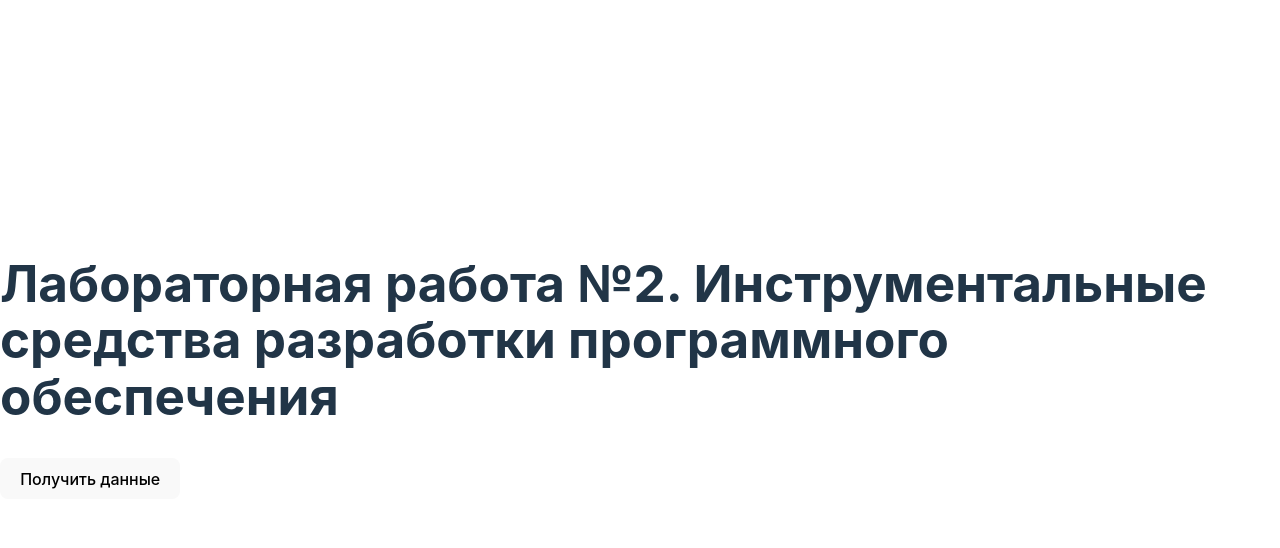
Repository: zuul0/laba_react
Page: / (app in client/)
An editor plug-in stored every save of this project. The page is shown before and after the next save, followed by the edit.
The browser window is 1280 px wide. The pictures show the whole page.
The page's requests for data from a server got no answer. The project was rebuilt for these pictures with package versions that can differ from the ones it lists, and the page was loaded fresh each time. No one was signed in, and anything a server would have sent is missing. Also part of the build but not shown: client/vite.config.js.

Above is the page before, as saved 2024-10-07 16:19:31.

After the next save:
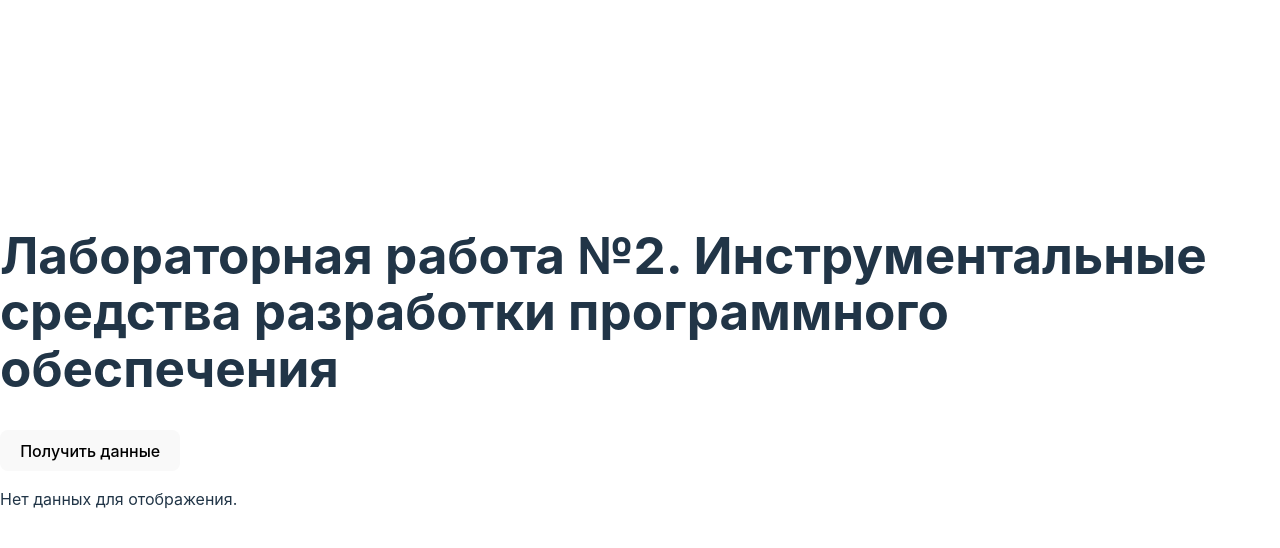
Saved 50 s later.
--- a/client/src/component/Header.jsx
+++ b/client/src/component/Header.jsx
@@ -1,6 +1,7 @@
-import React, { useState } from 'react';
+import React, { useState, useEffect } from 'react';
 import { getAll } from '../api/books';
 
+// Компонент Headerqwe
 export const Headerqwe = () => {
     const [patients, setPatients] = useState([]);
     const [loading, setLoading] = useState(false);
@@ -13,13 +14,13 @@ export const Headerqwe = () => {
 
             if (!Array.isArray(data)) {
                 console.error("Expected an array but got:", data);
-                setPatients([]); // Clear data if it's not an array
+                setPatients([]); // Очищаем данные, если они не массив
             } else {
-                setPatients(data); // Set data if it's an array
+                setPatients(data); // Устанавливаем данные, если это массив
             }
         } catch (error) {
             console.error("Ошибка при получении данных:", error);
-            setPatients([]); // Clear data on error
+            setPatients([]); // Очищаем данные при ошибке
         } finally {
             setLoading(false);
         }
@@ -32,8 +33,8 @@ export const Headerqwe = () => {
                 Получить данные
             </button>
             {loading && <p>Загрузка...</p>}
-
-            {Array.isArray(patients) && patients.length > 0 && (
+            {!loading && patients.length === 0 && <p>Нет данных для отображения.</p>}
+            {patients.length > 0 && (
                 <table>
                     <thead>
                         <tr>
@@ -50,12 +51,11 @@ export const Headerqwe = () => {
                     </thead>
                     <tbody>
                         {patients.map((patient, index) => (
-                            <tr key={patient.PatientId || index}> {/* Fallback to index if PatientId is not available */}
+                            <tr key={patient.PatientId || index}> {/* Убедитесь, что key уникальный */}
                                 <td>{index + 1}</td>
                                 <td>{patient.SurNamee}</td>
                                 <td>{patient.Namee}</td>
                                 <td>{patient.Patronymic}</td>
-                                {/* Ensure DateOfBirth is valid */}
                                 <td>{patient.DateOfBirth ? new Date(patient.DateOfBirth).toLocaleDateString() : 'Не указано'}</td>
                                 <td>{patient.Gender}</td>
                                 <td>{patient.ContactInfo}</td>
